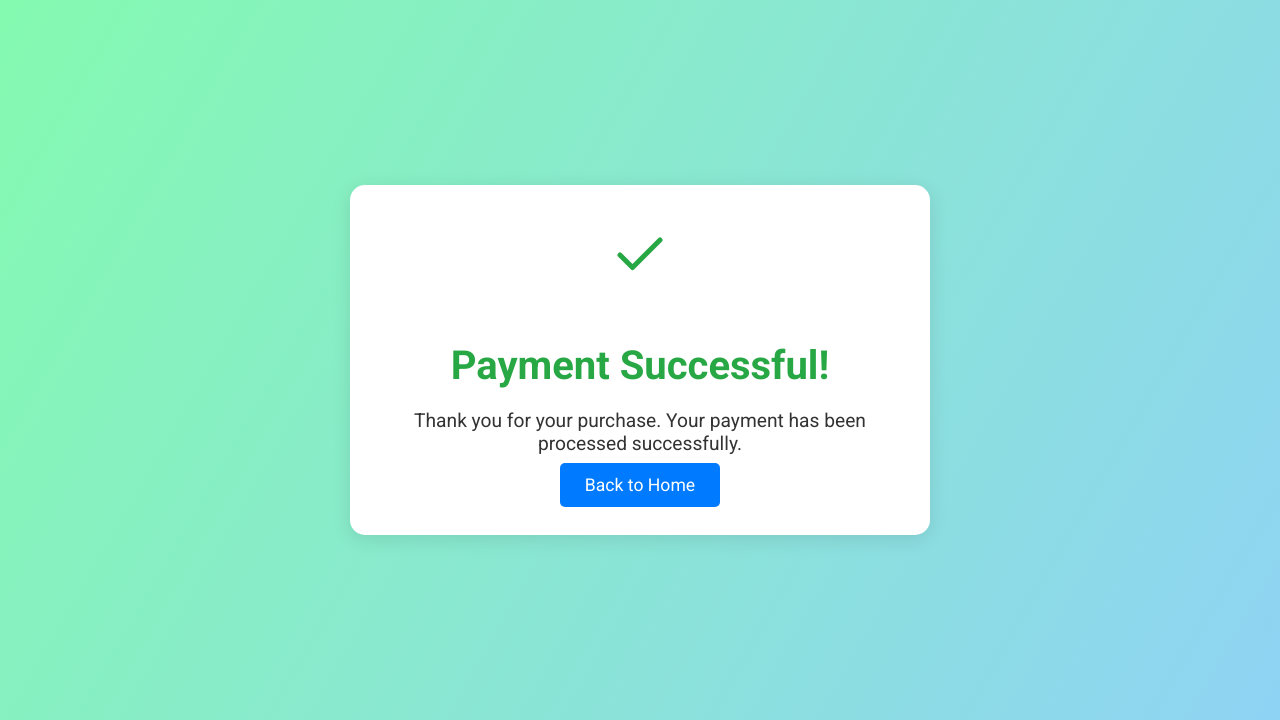
Repository: Masood395/Food-App
Page: http://localhost/FoodApp/paymentConfirmation.jsp
An editor plug-in stored every save of this project. The page is shown before and after the next save, followed by the edit.
The browser window is 1280 px wide. The pictures show the whole page.
The page is served by Tomcat 9. Other server files are loaded and not shown.

Above is the page before, as saved 2024-11-20 08:59:09.

### FoodApp/src/main/webapp/paymentConfirmation.jsp
<!DOCTYPE html>
<html lang="en">
<head>
    <meta charset="UTF-8">
    <title>Payment Confirmation</title>
    <link href="https://fonts.googleapis.com/css2?family=Roboto:wght@400;700&display=swap" rel="stylesheet">
    <style>
        /* Styling for confirmation page */
        body {
            display: flex;
            justify-content: center;
            align-items: center;
            height: 100vh;
            margin: 0;
            background: linear-gradient(120deg, #84fab0, #8fd3f4);
            font-family: 'Roboto', sans-serif;
            animation: fadeIn 1s ease-in;
        }

        @keyframes fadeIn {
            from { opacity: 0; }
            to { opacity: 1; }
        }

        .confirmation-container {
            background: white;
            padding: 40px;
            border-radius: 15px;
            box-shadow: 0 4px 20px rgba(0, 0, 0, 0.1);
            text-align: center;
            max-width: 500px;
            width: 100%;
            position: relative;
        }

        .confirmation-container h2 {
            color: #28a745;
            font-size: 2.5em;
            margin-bottom: 10px;
            animation: slideIn 0.5s ease-in-out;
        }

        @keyframes slideIn {
            from { transform: translateY(-20px); opacity: 0; }
            to { transform: translateY(0); opacity: 1; }
        }

        .confirmation-container p {
            font-size: 1.2em;
            margin: 20px 0;
            color: #333;
        }

        .success-icon {
            width: 60px;
            height: 60px;
            margin-bottom: 20px;
        }

        .transaction-summary {
            background: #f9f9f9;
            border-radius: 10px;
            padding: 20px;
            margin: 20px 0;
            box-shadow: 0 2px 10px rgba(0, 0, 0, 0.1);
            text-align: left;
        }

        .transaction-summary h3 {
            margin: 0;
            color: #007bff;
            font-size: 1.5em;
        }

        .transaction-summary p {
            margin: 5px 0;
            font-size: 1em;
        }

        .confirmation-container .back-button {
            background: #007bff;
            color: white;
            padding: 12px 25px;
            border: none;
            border-radius: 5px;
            cursor: pointer;
            text-decoration: none;
            font-size: 1.1em;
            transition: background 0.3s ease;
        }

        .confirmation-container .back-button:hover {
            background: #0056b3;
        }

        /* Responsive design */
        @media (max-width: 600px) {
            .confirmation-container {
                padding: 20px;
            }

            .confirmation-container h2 {
                font-size: 2em;
            }

            .transaction-summary h3 {
                font-size: 1.3em;
            }
        }
    </style>
</head>
<body>

<div class="confirmation-container">
    <!-- SVG Checkmark Icon -->
    <svg class="success-icon" xmlns="http://www.w3.org/2000/svg" viewBox="0 0 24 24" fill="none" stroke="#28a745" stroke-width="2" stroke-linecap="round" stroke-linejoin="round">
        <path d="M20 6L9 17l-5-5"/>
    </svg>
    <h2>Payment Successful!</h2>
    <p>Thank you for your purchase. Your payment has been processed successfully.</p>

   <!--  <div class="transaction-summary">
        <h3>Transaction Summary</h3>
        <p><strong>Transaction ID:</strong> 123456789</p>
        <p><strong>Amount:</strong> $49.99</p>
        <p><strong>Date:</strong> October 23, 2023</p>
        <p><strong>Payment Method:</strong> Credit Card</p>
    </div> -->

    <a href="home.jsp" class="back-button">Back to Home

After the next save:
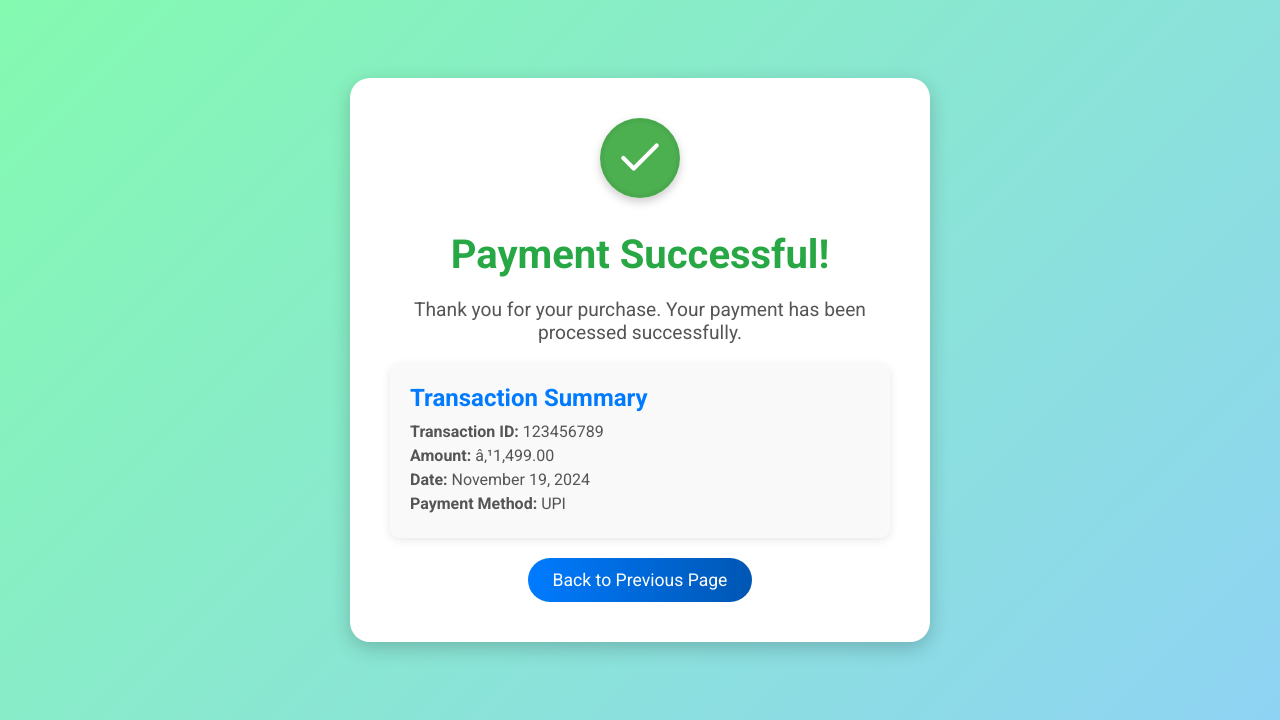
Saved 50 s later.
--- a/FoodApp/src/main/webapp/paymentConfirmation.jsp
+++ b/FoodApp/src/main/webapp/paymentConfirmation.jsp
@@ -5,16 +5,16 @@
     <title>Payment Confirmation</title>
     <link href="https://fonts.googleapis.com/css2?family=Roboto:wght@400;700&display=swap" rel="stylesheet">
     <style>
-        /* Styling for confirmation page */
+        /* General Styling */
         body {
             display: flex;
             justify-content: center;
             align-items: center;
             height: 100vh;
             margin: 0;
-            background: linear-gradient(120deg, #84fab0, #8fd3f4);
+            background: linear-gradient(135deg, #84fab0, #8fd3f4);
             font-family: 'Roboto', sans-serif;
-            animation: fadeIn 1s ease-in;
+            animation: fadeIn 1s ease-in-out;
         }
 
         @keyframes fadeIn {
@@ -22,41 +22,70 @@
             to { opacity: 1; }
         }
 
+        /* Confirmation Container */
         .confirmation-container {
-            background: white;
+            background: #ffffff;
             padding: 40px;
-            border-radius: 15px;
-            box-shadow: 0 4px 20px rgba(0, 0, 0, 0.1);
+            border-radius: 20px;
+            box-shadow: 0 6px 20px rgba(0, 0, 0, 0.2);
             text-align: center;
             max-width: 500px;
-            width: 100%;
+            width: 90%;
             position: relative;
+            animation: slideIn 0.8s ease-out;
         }
 
+        @keyframes slideIn {
+            from { transform: scale(0.9); opacity: 0; }
+            to { transform: scale(1); opacity: 1; }
+        }
+
+        /* Success Icon */
+        .success-icon {
+            width: 80px;
+            height: 80px;
+            margin: 0 auto 20px;
+            background: radial-gradient(circle, #4CAF50 60%, #388E3C);
+            border-radius: 50%;
+            display: flex;
+            justify-content: center;
+            align-items: center;
+            box-shadow: 0 4px 10px rgba(0, 0, 0, 0.2);
+            animation: pop 0.8s ease-out;
+        }
+
+        @keyframes pop {
+            0% { transform: scale(0); }
+            70% { transform: scale(1.2); }
+            100% { transform: scale(1); }
+        }
+
+        .success-icon svg {
+            width: 50px;
+            height: 50px;
+            stroke: #ffffff;
+        }
+
+        /* Confirmation Message */
         .confirmation-container h2 {
             color: #28a745;
             font-size: 2.5em;
             margin-bottom: 10px;
-            animation: slideIn 0.5s ease-in-out;
+            animation: fadeInText 0.6s ease-in-out;
         }
 
-        @keyframes slideIn {
-            from { transform: translateY(-20px); opacity: 0; }
-            to { transform: translateY(0); opacity: 1; }
+        @keyframes fadeInText {
+            from { opacity: 0; transform: translateY(10px); }
+            to { opacity: 1; transform: translateY(0); }
         }
 
         .confirmation-container p {
             font-size: 1.2em;
             margin: 20px 0;
-            color: #333;
+            color: #555;
         }
 
-        .success-icon {
-            width: 60px;
-            height: 60px;
-            margin-bottom: 20px;
-        }
-
+        /* Transaction Summary */
         .transaction-summary {
             background: #f9f9f9;
             border-radius: 10px;
@@ -64,10 +93,11 @@
             margin: 20px 0;
             box-shadow: 0 2px 10px rgba(0, 0, 0, 0.1);
             text-align: left;
+            animation: fadeInText 0.8s ease-in-out;
         }
 
         .transaction-summary h3 {
-            margin: 0;
+            margin: 0 0 10px;
             color: #007bff;
             font-size: 1.5em;
         }
@@ -77,23 +107,26 @@
             font-size: 1em;
         }
 
+        /* Back Button */
         .confirmation-container .back-button {
-            background: #007bff;
+            background: linear-gradient(to right, #007bff, #0056b3);
             color: white;
             padding: 12px 25px;
             border: none;
-            border-radius: 5px;
+            border-radius: 50px;
             cursor: pointer;
             text-decoration: none;
             font-size: 1.1em;
-            transition: background 0.3s ease;
+            transition: transform 0.3s ease, background 0.3s ease;
+            display: inline-block;
         }
 
         .confirmation-container .back-button:hover {
-            background: #0056b3;
+            background: linear-gradient(to right, #0056b3, #004494);
+            transform: scale(1.05);
         }
 
-        /* Responsive design */
+        /* Responsive Design */
         @media (max-width: 600px) {
             .confirmation-container {
                 padding: 20px;
@@ -112,19 +145,26 @@
 <body>
 
 <div class="confirmation-container">
-    <!-- SVG Checkmark Icon -->
-    <svg class="success-icon" xmlns="http://www.w3.org/2000/svg" viewBox="0 0 24 24" fill="none" stroke="#28a745" stroke-width="2" stroke-linecap="round" stroke-linejoin="round">
-        <path d="M20 6L9 17l-5-5"/>
-    </svg>
+    <!-- Success Icon -->
+    <div class="success-icon">
+        <svg xmlns="http://www.w3.org/2000/svg" viewBox="0 0 24 24" fill="none" stroke-width="2" stroke-linecap="round" stroke-linejoin="round">
+            <path d="M20 6L9 17l-5-5"></path>
+        </svg>
+    </div>
+
     <h2>Payment Successful!</h2>
     <p>Thank you for your purchase. Your payment has been processed successfully.</p>
 
-   <!--  <div class="transaction-summary">
+    <div class="transaction-summary">
         <h3>Transaction Summary</h3>
         <p><strong>Transaction ID:</strong> 123456789</p>
-        <p><strong>Amount:</strong> $49.99</p>
-        <p><strong>Date:</strong> October 23, 2023</p>
-        <p><strong>Payment Method:</strong> Credit Card</p>
-    </div> -->
+        <p><strong>Amount:</strong> ₹1,499.00</p>
+        <p><strong>Date:</strong> November 19, 2024</p>
+        <p><strong>Payment Method:</strong> UPI</p>
+    </div>
 
-    <a href="home.jsp" class="back-button">Back to Home
+    <a href="javascript:history.back();" class="back-button">Back to Previous Page</a>
+</div>
+
+</body>
+</html>
